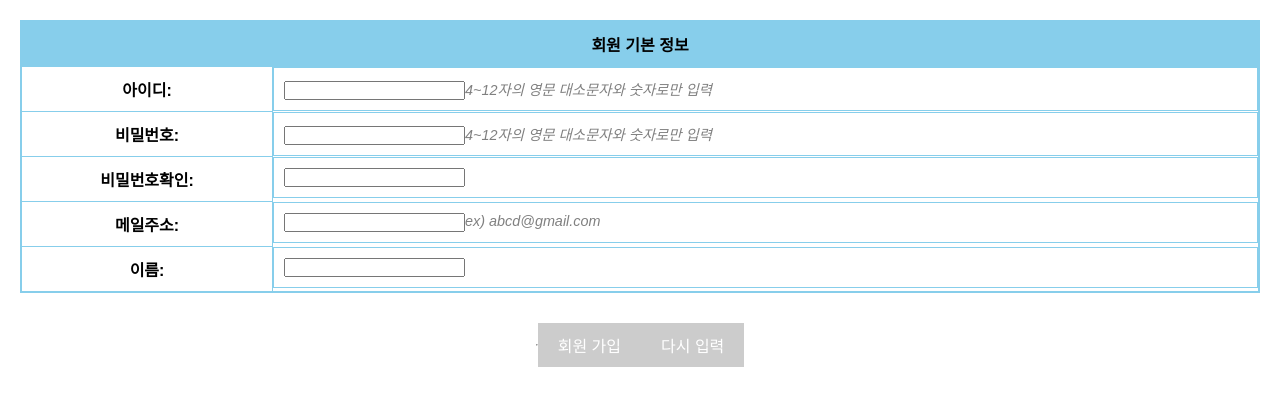
Repository: Pyoggit/JspStudy
Page: jspStudy/src/main/webapp/member/member.html
These files come from the project's save history. The page is drawn as it stood at one moment and after the next save; the edit follows.
The browser window is 1280 px wide. The pictures show the whole page.

Above is the page before, as saved 2024-12-03 08:55:57.

After the next save:
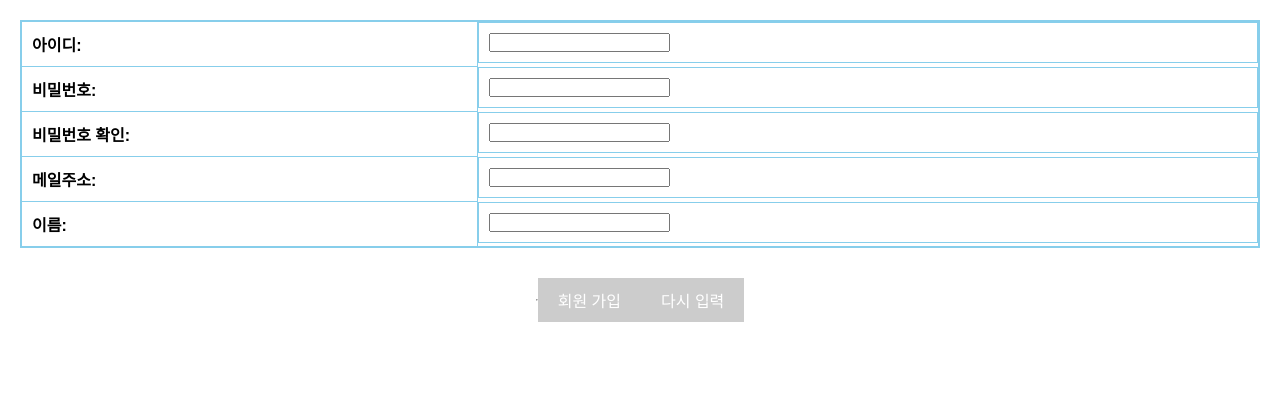
Saved 3 min 48 s later.
--- a/jspStudy/src/main/webapp/member/member.html
+++ b/jspStudy/src/main/webapp/member/member.html
@@ -9,38 +9,28 @@
 <body>
 	<form method="post" action="/jspStudy/memberInsert">
 		<table>
-			<thead>
-				<tr>
-					<th colspan="2">회원 기본 정보</th>
-				</tr>
-
-			</thead>
 			<tr>
-				<th class="title">아이디:</th>
-				<td><label for="id"><input type="text" name="id"
-						id="id"><i>4~12자의 영문 대소문자와 숫자로만 입력</i></label></td>
+				<th>아이디:</th>
+				<td><input type="text" name="id" id="id"></td>
 			</tr>
 			<tr>
-				<th class="title">비밀번호:</th>
-				<td><label for="pwd"><input type="text" name="pwd"
-						id="pwd"><i>4~12자의 영문 대소문자와 숫자로만 입력</i></label></td>
+				<th>비밀번호:</th>
+				<td><input type="text" name="pwd" id="pwd"></td>
 			</tr>
 			<tr>
-				<th class="title">비밀번호확인:</th>
-				<td><label for="pwdtest"></label><input type="text"
-					name="pwdtest" id="pwdtest"></td>
+				<th>비밀번호 확인:</th>
+				<td><input type="text" name="pwdtest" id="pwdtest"></td>
 			</tr>
 			<tr>
-				<th class="title">메일주소:</th>
-				<td><label for="email"></label><input type="text" name="email"
-					id="email"><i>ex) abcd@gmail.com</i></td>
+				<th>메일주소:</th>
+				<td><input type="text" name="email" id="email"></td>
 			</tr>
 			<tr>
-				<th class="title">이름:</th>
-				<td><label for="name"></label><input type="text" name="name"
-					id="name"></td>
+				<th>이름:</th>
+				<td><input type="text" name="name" id="name"></td>
 			</tr>
 		</table>
+
 
 		<footer>
 			<hr>
@@ -49,5 +39,7 @@
 		</footer>
 	</form>
 
+
+
 </body>
 </html>
